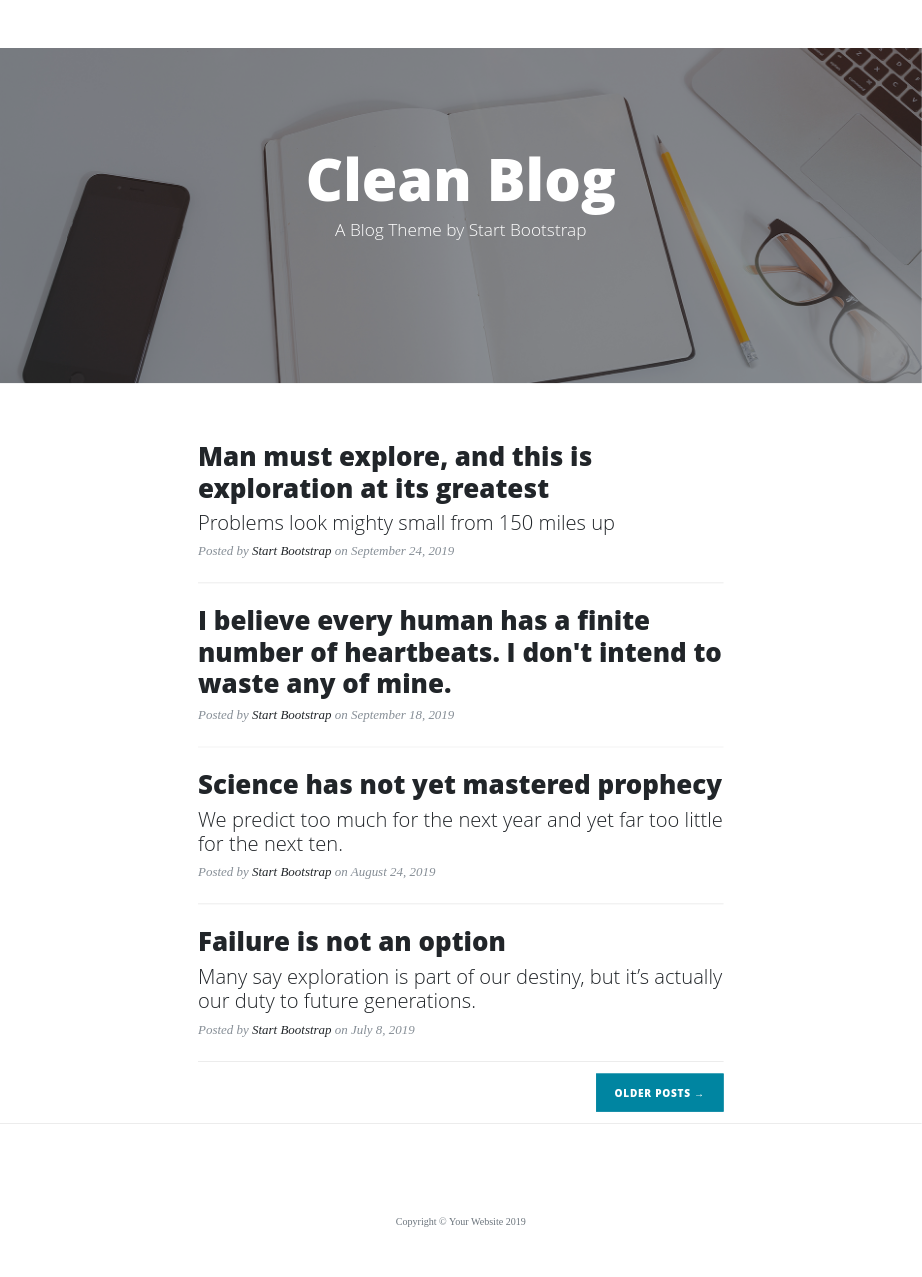
Repository: Vesss/Blog-Project
Page: http://localhost/
The author's editor kept a record of every edit. The page is drawn from the files as they stood at one moment, then again after the next edit.
The browser window is 1280 px wide. The pictures show the whole page, at 72% of full size.
The page is served by the project's application, run on Flask 3 (app.py). Other server files are loaded and not shown.

Above is the page before.

### templates/index.html
{% extends 'base.html' %}
{% block content %}
    <div class="row">
      <div class="col-lg-8 col-md-10 mx-auto">
        <div class="post-preview">
          <a href="post.html">
            <h2 class="post-title">
              Man must explore, and this is exploration at its greatest
            </h2>
            <h3 class="post-subtitle">
              Problems look mighty small from 150 miles up
            </h3>
          </a>
          <p class="post-meta">Posted by
            <a href="#">Start Bootstrap</a>
            on September 24, 2019</p>
        </div>
        <hr>
        <div class="post-preview">
          <a href="post.html">
            <h2 class="post-title">
              I believe every human has a finite number of heartbeats. I don't intend to waste any of mine.
            </h2>
          </a>
          <p class="post-meta">Posted by
            <a href="#">Start Bootstrap</a>
            on September 18, 2019</p>
        </div>
        <hr>
        <div class="post-preview">
          <a href="post.html">
            <h2 class="post-title">
              Science has not yet mastered prophecy
            </h2>
            <h3 class="post-subtitle">
              We predict too much for the next year and yet far too little for the next ten.
            </h3>
          </a>
          <p class="post-meta">Posted by
            <a href="#">Start Bootstrap</a>
            on August 24, 2019</p>
        </div>
        <hr>
        <div class="post-preview">
          <a href="post.html">
            <h2 class="post-title">
              Failure is not an option
            </h2>
            <h3 class="post-subtitle">
              Many say exploration is part of our destiny, but it’s actually our duty to future generations.
            </h3>
          </a>
          <p class="post-meta">Posted by
            <a href="#">Start Bootstrap</a>
            on July 8, 2019</p>
        </div>
        <hr>
        <!-- Pager -->
        <div class="clearfix">
          <a class="btn btn-primary float-right" href="#">Older Posts &rarr;</a>
        </div>
      </div>
    </div>
{% endblock %}

### templates/base.html
<!DOCTYPE html>
<html lang="en">
<head>
    <meta charset="UTF-8">
    <meta name="viewport" content="width=device-width, initial-scale=1.0">
    <meta http-equiv="X-UA-Compatible" content="ie=edge">
    <link rel="stylesheet" href="{{ url_for('static', filename='vendor/bootstrap/css/bootstrap.min.css') }}" type="text/css" />
    <link rel="stylesheet" href="{{ url_for('static', filename='css/clean-blog.min.css') }}" type="text/css" />
    <title>The Daily Writer</title>
</head>
<body>
    <nav class="navbar navbar-expand-lg navbar-light fixed-top" id="mainNav">
    <div class="container">
      <a class="navbar-brand" href="index.html">The Daily Writer</a>
      <button class="navbar-toggler navbar-toggler-right" type="button" data-toggle="collapse" data-target="#navbarResponsive" aria-controls="navbarResponsive" aria-expanded="false" aria-label="Toggle navigation">
        Menu
        <i class="fas fa-bars"></i>
      </button>
      <div class="collapse navbar-collapse" id="navbarResponsive">
        <ul class="navbar-nav ml-auto">
          <li class="nav-item">
            <a class="nav-link" href="{{ url_for('index') }}">Home</a>
          </li>
          <li class="nav-item">
            <a class="nav-link" href="{{ url_for('about') }}">About</a>
          </li>
          <li class="nav-item">
            <a class="nav-link" href="{{ url_for('post') }}">Post</a>
          </li>
          <li class="nav-item">
            <a class="nav-link" href="{{ url_for('contact') }}">Contact Us</a>
          </li>
        </ul>
      </div>
    </div>
  </nav>

  <!-- Page Header -->
  <header class="masthead" style="background-image: url('{{ url_for('static', filename='img/home-bg.jpg') }}')">
    <div class="overlay"></div>
    <div class="container">
      <div class="row">
        <div class="col-lg-8 col-md-10 mx-auto">
          <div class="site-heading">
            <h1>Clean Blog</h1>
            <span class="subheading">A Blog Theme by Start Bootstrap</span>
          </div>
        </div>
      </div>
    </div>
  </header>

  <!-- Main Content -->
  <div class="container">

    {% block content %}
    {% endblock %}

  </div>

  <hr>

  <!-- Footer -->
  <footer>
    <div class="container">
      <div class="row">
        <div class="col-lg-8 col-md-10 mx-auto">
          <ul class="list-inline text-center">
            <li class="list-inline-item">
              <a href="#">
                <span class="fa-stack fa-lg">
                  <i class="fas fa-circle fa-stack-2x"></i>
                  <i class="fab fa-twitter fa-stack-1x fa-inverse"></i>
                </span>
              </a>
            </li>
            <li class="list-inline-item">
              <a href="#">
                <span class="fa-stack fa-lg">
                  <i class="fas fa-circle fa-stack-2x"></i>
                  <i class="fab fa-facebook-f fa-stack-1x fa-inverse"></i>
                </span>
              </a>
            </li>
            <li class="list-inline-item">
              <a href="#">
                <span class="fa-stack fa-lg">
                  <i class="fas fa-circle fa-stack-2x"></i>
                  <i class="fab fa-github fa-stack-1x fa-inverse"></i>
                </span>
              </a>
            </li>
          </ul>
          <p class="copyright text-muted">Copyright &copy; Your Website 2019</p>
        </div>
      </div>
    </div>
  </footer>

  <!-- Bootstrap core JavaScript -->
  <script src="{{ url_for('static', filename='vendor/jquery/jquery.min.js') }}"></script>
  <script src="{{ url_for('static', filename='vendor/bootstrap/js/bootstrap.bundle.min.js') }}"></script>

  <!-- Custom scripts for this template -->
  <script src="{{ url_for('static', filename='js/clean-blog.min.js') }}"></script>

</body>
</html>

### app.py
import os
from flask import Flask, render_template, redirect, request, url_for
from flask_pymongo import PyMongo
from bson.objectid import ObjectId
from flask_mail import Mail
from flask_mail import Message


app = Flask(__name__)

app.config["MONGO_DBNAME"] = "blog_project"
app.config["MONGO_URI"] = "mongodb+srv://root:maniac93@myfirstcluster-ilypv.mongodb.net/blog_project?retryWrites=true&w=majority"
app.config["DEBUG"] = True
app.config["TESTING"] = False
app.config["MAIL_SERVER"] = "smtp.gmail.com"
app.config["MAIL_PORT"] = 587
app.config["MAIL_USE_TLS"] = True
app.config["MAIL_USE_SSL"] = False
# app.config["MAIL_DEBUG"] = True
app.config["MAIL_USERNAME"] = None
app.config["MAIL_PASSWORD"] = None
app.config["MAIL_DEFAULT_SENDER"] = "blitzermann4@gmail.com"
app.config["MAIL_MAX_EMAILS"] = 5
app.config["MAIL_SUPPRESS_SEND"] = False
app.config["MAIL_ASCII_ATTACHMENTS"] = False

mail = Mail(app)

mongo = PyMongo(app)

@app.route("/")
def index():
    return render_template("index.html")

@app.route("/about")
def about():
    return render_template("about.html", about=mongo.db.about_information.find())

@app.route("/contact")
def contact():
    return render_template("contact.html")

@app.route("/post", methods=["GET", "POST"])
def post():
	if request.method == 'POST':
		#get all the data sent up
		data = request.form.to_dict()
		#print it out to see it got sent properly
		print(data)
		# will look at adding to database next if data is sent up ok

		# dict to store new entry to database
		# will need to use keys you have in collection .. i named them title category etc
		new_item = {
			'title': request.form.get('title'),
			'author': request.form.get('author'),
			'url': request.form.get('url'),
			'content': request.form.get('content')
		}
		print(new_item)
		# need to get the category so can create the database string below
		category=request.form.get('category')
		print("category", category)
		# this should insert into the right collection eg sport health
		# if not will have to use if statements or switch
		mongo.db[category].insert_one(new_item)

		return redirect('articles')
	else:
		return render_template('post.html')

# @app.route("/add_article")
# def add_article():

@app.route("/articles")
def articles():
    return render_template("articles.html")

@app.route("/sports_page")
def sports_page():
	return render_template("sports_page.html", posts = mongo.db.sports.find())

@app.route("/general_news_page")
def general_news_page():
	return render_template("general_news.html")

@app.route("/technology_page")
def technology_page():
	return render_template("technology_page.html")

@app.route("/fashion_page")
def fashion_page():
	return render_template("fashion_page.html")

@app.route("/health_page")
def health_page():
	return render_template("health_page.html")

@app.route("/send", methods=["GET", "POST"])
def send():
    msg = Message("Hi there", recipients=["ves.dimitrov121@gmail.com"])
    mail.send(msg)
    if request.method == "POST":
        return 'Form posted.'
    elif request.method == "GET":
        return render_template('contact.html')


if __name__ == "__main__":
    app.run(host=os.environ.get("IP"),
            port=int(os.environ.get("PORT")),
            debug=True)

Loaded but not shown: static/css/clean-blog.min.css (library); static/js/clean-blog.min.js (common file)

After the next edit:
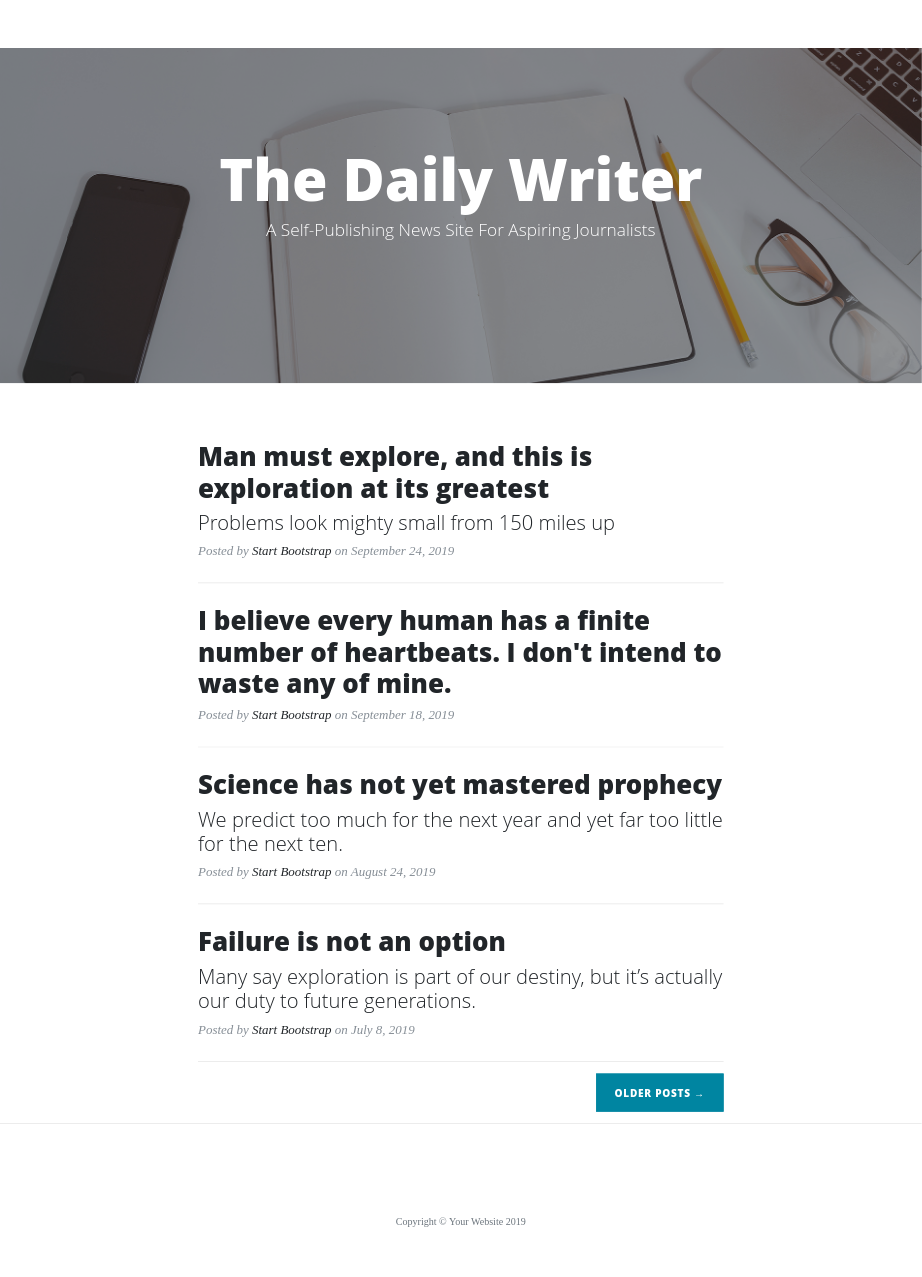
The edit:
--- a/templates/base.html
+++ b/templates/base.html
@@ -42,8 +42,8 @@
       <div class="row">
         <div class="col-lg-8 col-md-10 mx-auto">
           <div class="site-heading">
-            <h1>Clean Blog</h1>
-            <span class="subheading">A Blog Theme by Start Bootstrap</span>
+            <h1>The Daily Writer</h1>
+            <span class="subheading">A Self-Publishing News Site For Aspiring Journalists</span>
           </div>
         </div>
       </div>
